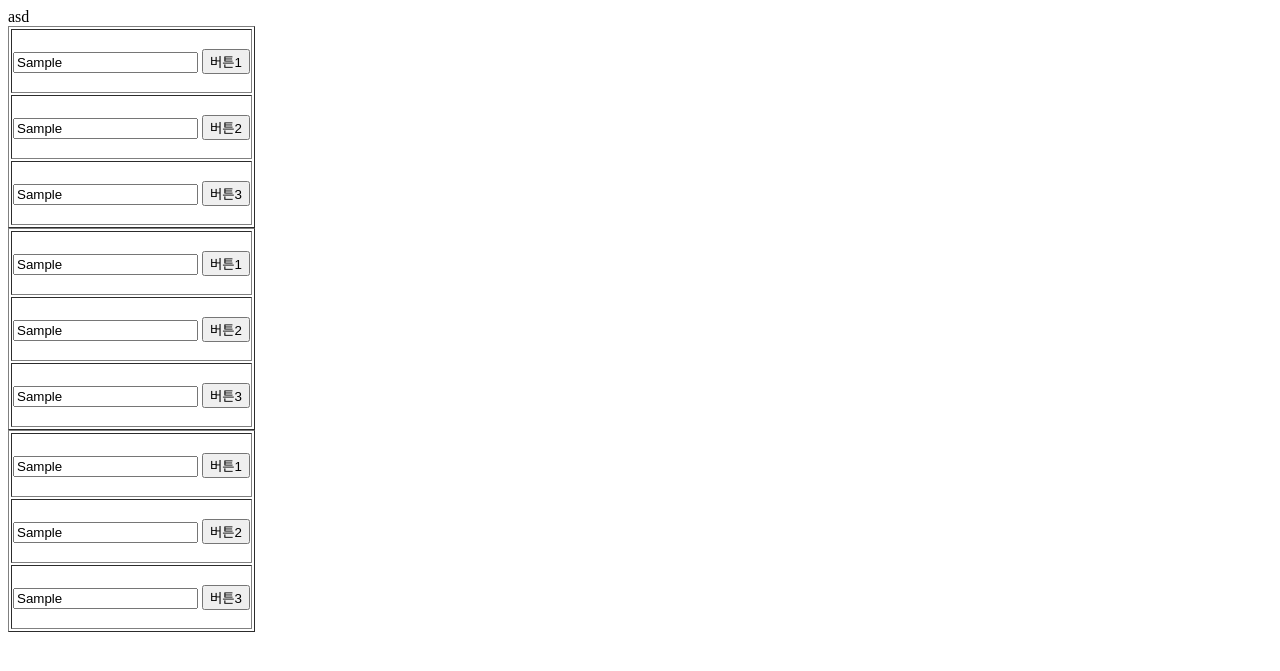
Repository: jojojojoya/programming
Page: dbworkspace/17_JQuery_/src/main/webapp/j6_Object_select.html
The author's editor kept a copy of each file at every save. The page is drawn from the files as they stood at one save, then again after the next save.
The browser window is 1280 px wide. The pictures show the whole page.
Empty fields were first filled with sample values (such as "Sample", 5 or name@example.com).
After loading, the first visible `button` was clicked once.

Above is the page before, as saved 2025-01-07 00:53:48.

### dbworkspace/17_JQuery_/src/main/webapp/j6_Object_select.html
<!DOCTYPE html>
<html>
<head>
<meta charset="UTF-8">
<title>Insert title here</title>
<script src="https://code.jquery.com/jquery-3.7.1.js"
integrity="sha256-eKhayi8LEQwp4NKxN+CfCh+3qOVUtJn3QNZ0TciWLP4=" crossorigin="anonymous"></script>
<script type="text/javascript">
 $(function() {
	 $('button').click(function() {



	 })
	alert(11)

 });

</script>
</script>

</head>
<body>
asd


<table border="1">
	<tr>
		<td height="60px">
			<input> <button> 버튼1 </button>
		</td>
	</tr>
	<tr>
		<td height="60px">
			<input> <button> 버튼2 </button>
		</td>
	</tr>
	<tr>
		<td height="60px">
			<input> <button> 버튼3 </button>
		</td>
	</tr>

</table>

<table border="1">
	<tr>
		<td height="60px">
			<input> <button> 버튼1 </button>
		</td>
	</tr>
	<tr>
		<td height="60px">
			<input> <button> 버튼2 </button>
		</td>
	</tr>
	<tr>
		<td height="60px">
			<input> <button> 버튼3 </button>
		</td>
	</tr>

</table>


<table border="1">
	<tr>
		<td height="60px">
			<input> <button> 버튼1 </button>
		</td>
	</tr>
	<tr>
		<td height="60px">
			<input> <button> 버튼2 </button>
		</td>
	</tr>
	<tr>
		<td height="60px">
			<input> <button> 버튼3 </button>
		</td>
	</tr>

</table>


</body>
</html>

After the next save:
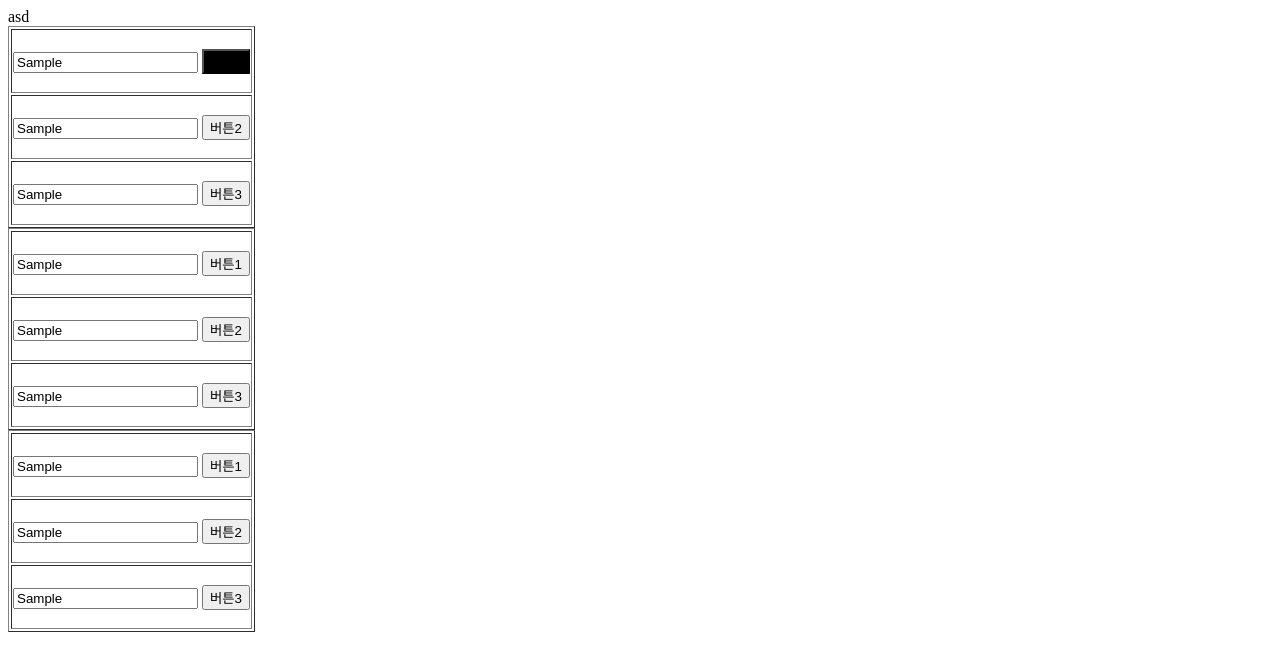
Saved 49 s later.
--- a/dbworkspace/17_JQuery_/src/main/webapp/j6_Object_select.html
+++ b/dbworkspace/17_JQuery_/src/main/webapp/j6_Object_select.html
@@ -8,11 +8,10 @@ integrity="sha256-eKhayi8LEQwp4NKxN+CfCh+3qOVUtJn3QNZ0TciWLP4=" crossorigin="ano
 <script type="text/javascript">
  $(function() {
 	 $('button').click(function() {
-
+		 $(this).css("background-color",'black');
 
 
 	 })
-	alert(11)
 
  });
 
